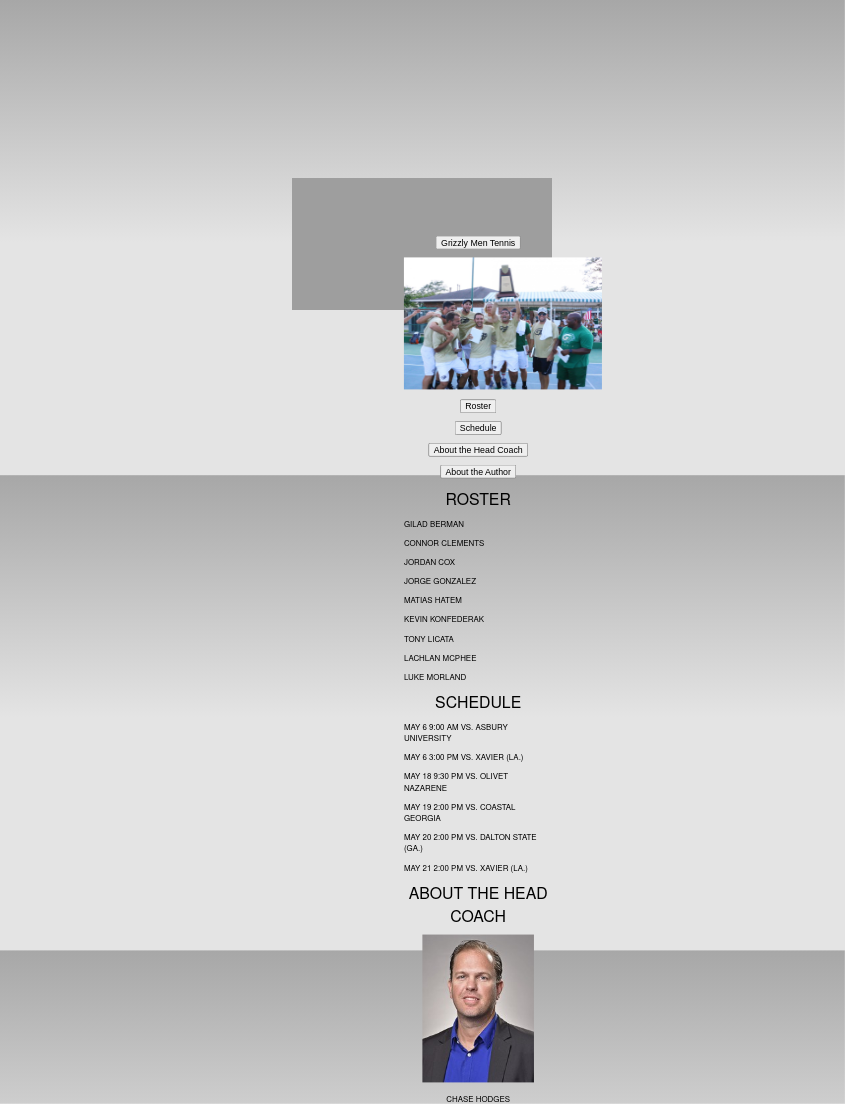
Repository: qtran3/itec4550
Page: EXAM1/TennisAppWebView/index.html
The author's editor kept a copy of each file at every save. The page is drawn from the files as they stood at one save, then again after the next save.
The browser window is 1280 px wide. The pictures show the whole page, at 66% of full size.
Pictures or frames that could not be fetched are drawn as grey boxes. Backgrounds fixed to the window are drawn as part of the page.

Above is the page before, as saved 2016-06-01 16:42:06.

### EXAM1/TennisAppWebView/index.html
<!DOCTYPE html>
<!--
    Licensed to the Apache Software Foundation (ASF) under one
    or more contributor license agreements.  See the NOTICE file
    distributed with this work for additional information
    regarding copyright ownership.  The ASF licenses this file
    to you under the Apache License, Version 2.0 (the
    "License"); you may not use this file except in compliance
    with the License.  You may obtain a copy of the License at

    http://www.apache.org/licenses/LICENSE-2.0

    Unless required by applicable law or agreed to in writing,
    software distributed under the License is distributed on an
    "AS IS" BASIS, WITHOUT WARRANTIES OR CONDITIONS OF ANY
     KIND, either express or implied.  See the License for the
    specific language governing permissions and limitations
    under the License.
-->
<html>
    <head>
        <!--
        Customize this policy to fit your own app's needs. For more guidance, see:
            https://github.com/apache/cordova-plugin-whitelist/blob/master/README.md#content-security-policy
        Some notes:
            * gap: is required only on iOS (when using UIWebView) and is needed for JS->native communication
            * https://ssl.gstatic.com is required only on Android and is needed for TalkBack to function properly
            * Disables use of inline scripts in order to mitigate risk of XSS vulnerabilities. To change this:
                * Enable inline JS: add 'unsafe-inline' to default-src
        -->
        <meta http-equiv="Content-Security-Policy" content="default-src 'self' data: gap: https://ssl.gstatic.com 'unsafe-eval'; style-src 'self' 'unsafe-inline'; media-src *">
        <meta name="format-detection" content="telephone=no">
        <meta name="msapplication-tap-highlight" content="no">
        <meta name="viewport" content="user-scalable=no, initial-scale=1, maximum-scale=1, minimum-scale=1, width=device-width">
        <link rel="stylesheet" type="text/css" href="css/index.css">
        <title>Grizzly Men Tennis</title>
    </head>
    <body>
        <div class="app">
        	<div id="mainPage" align="center">
            	<p> <button id="homePagebuutton">Grizzly Men Tennis</button></p>
				<p>
				  <img src="img/Tennis-10.jpg" height="200px" width="300px" />
				</p>
				<p>
					<button id="rosterButton">Roster</button>
				</p>
				<p>
					<button id="scheduleButton">Schedule</button>
				</p>
				<p>
					<button id="coachButton">About the Head Coach</button>
				</p>
				<p>
					<button id="authorButton">About the Author</button>
				</p>
			</div>

			<div id="rosterPage">
				<h1 align="center">Roster</h1>
				<div align="left">
					<p>Gilad Berman</p>
					<p>Connor Clements</p>
					<p>Jordan Cox</p>
					<p>Jorge Gonzalez</p>
					<p>Matias Hatem</p>
					<p>Kevin Konfederak</p>
					<p>Tony Licata</p>
					<p>Lachlan McPhee</p>
					<p>Luke Morland</p>
				</div>

				<div id="schedulePage">
					<h1 align="center"> Schedule</h1>
					<div align="left">
						<p>May  6 9:00 AM	 vs. Asbury University</p>
						<p>May  6 3:00 PM	 vs. Xavier (La.)</p>
						<p>May 18 9:30 PM	 vs. Olivet Nazarene </p>
						<p>May 19 2:00 PM	 vs. Coastal Georgia</p>
						<p>May 20 2:00 PM	 vs. Dalton State (Ga.)</p>
						<p>May 21 2:00 PM	 vs. Xavier (La.)</p>
					</div>
				</div>

				<div id="coachPage">
					<h1 align="center">About the Head Coach</h1>
					<p>
						<img src="img/chase_hodges_1142_mtn.jpg"/>
					</p>
					<p>Chase Hodges</p>

				</div>

            </div>

        </div>

<!--
        <script type="text/javascript" src="cordova.js"></script>
-->
        <script type="text/javascript" src="js/index.js"></script>
    </body>
</html>

### EXAM1/TennisAppWebView/css/index.css
/*
 * Licensed to the Apache Software Foundation (ASF) under one
 * or more contributor license agreements.  See the NOTICE file
 * distributed with this work for additional information
 * regarding copyright ownership.  The ASF licenses this file
 * to you under the Apache License, Version 2.0 (the
 * "License"); you may not use this file except in compliance
 * with the License.  You may obtain a copy of the License at
 *
 * http://www.apache.org/licenses/LICENSE-2.0
 *
 * Unless required by applicable law or agreed to in writing,
 * software distributed under the License is distributed on an
 * "AS IS" BASIS, WITHOUT WARRANTIES OR CONDITIONS OF ANY
 * KIND, either express or implied.  See the License for the
 * specific language governing permissions and limitations
 * under the License.
 */
* {
    -webkit-tap-highlight-color: rgba(0,0,0,0); /* make transparent link selection, adjust last value opacity 0 to 1.0 */
}

body {
    -webkit-touch-callout: none;                /* prevent callout to copy image, etc when tap to hold */
    -webkit-text-size-adjust: none;             /* prevent webkit from resizing text to fit */
    -webkit-user-select: none;                  /* prevent copy paste, to allow, change 'none' to 'text' */
    background-color:#E4E4E4;
    background-image:linear-gradient(top, #A7A7A7 0%, #E4E4E4 51%);
    background-image:-webkit-linear-gradient(top, #A7A7A7 0%, #E4E4E4 51%);
    background-image:-ms-linear-gradient(top, #A7A7A7 0%, #E4E4E4 51%);
    background-image:-webkit-gradient(
        linear,
        left top,
        left bottom,
        color-stop(0, #A7A7A7),
        color-stop(0.51, #E4E4E4)
    );
    background-attachment:fixed;
    font-family:'HelveticaNeue-Light', 'HelveticaNeue', Helvetica, Arial, sans-serif;
    font-size:12px;
    height:100%;
    margin:0px;
    padding:0px;
    text-transform:uppercase;
    width:100%;
}

/* Portrait layout (default) */
.app {
    background:url(../img/logo.png) no-repeat center top; /* 170px x 200px */
    position:absolute;             /* position in the center of the screen */
    left:50%;
    top:50%;
    height:50px;                   /* text area height */
    width:225px;                   /* text area width */
    text-align:center;
    padding:180px 0px 0px 0px;     /* image height is 200px (bottom 20px are overlapped with text) */
    margin:-115px 0px 0px -112px;  /* offset vertical: half of image height and text area height */
                                   /* offset horizontal: half of text area width */
}

/* Landscape layout (with min-width) */
@media screen and (min-aspect-ratio: 1/1) and (min-width:400px) {
    .app {
        background-position:left center;
        padding:75px 0px 75px 170px;  /* padding-top + padding-bottom + text area = image height */
        margin:-90px 0px 0px -198px;  /* offset vertical: half of image height */
                                      /* offset horizontal: half of image width and text area width */
    }
}

h1 {
    font-size:24px;
    font-weight:normal;
    margin:0px;
    overflow:visible;
    padding:0px;
    text-align:center;
}

.event {
    border-radius:4px;
    -webkit-border-radius:4px;
    color:#FFFFFF;
    font-size:12px;
    margin:0px 30px;
    padding:2px 0px;
}

.event.listening {
    background-color:#333333;
    display:block;
}

.event.received {
    background-color:#4B946A;
    display:none;
}

@keyframes fade {
    from { opacity: 1.0; }
    50% { opacity: 0.4; }
    to { opacity: 1.0; }
}

@-webkit-keyframes fade {
    from { opacity: 1.0; }
    50% { opacity: 0.4; }
    to { opacity: 1.0; }
}

.blink {
    animation:fade 3000ms infinite;
    -webkit-animation:fade 3000ms infinite;
}

Loaded but not shown: EXAM1/TennisAppWebView/js/index.js (common file)

After the next save:
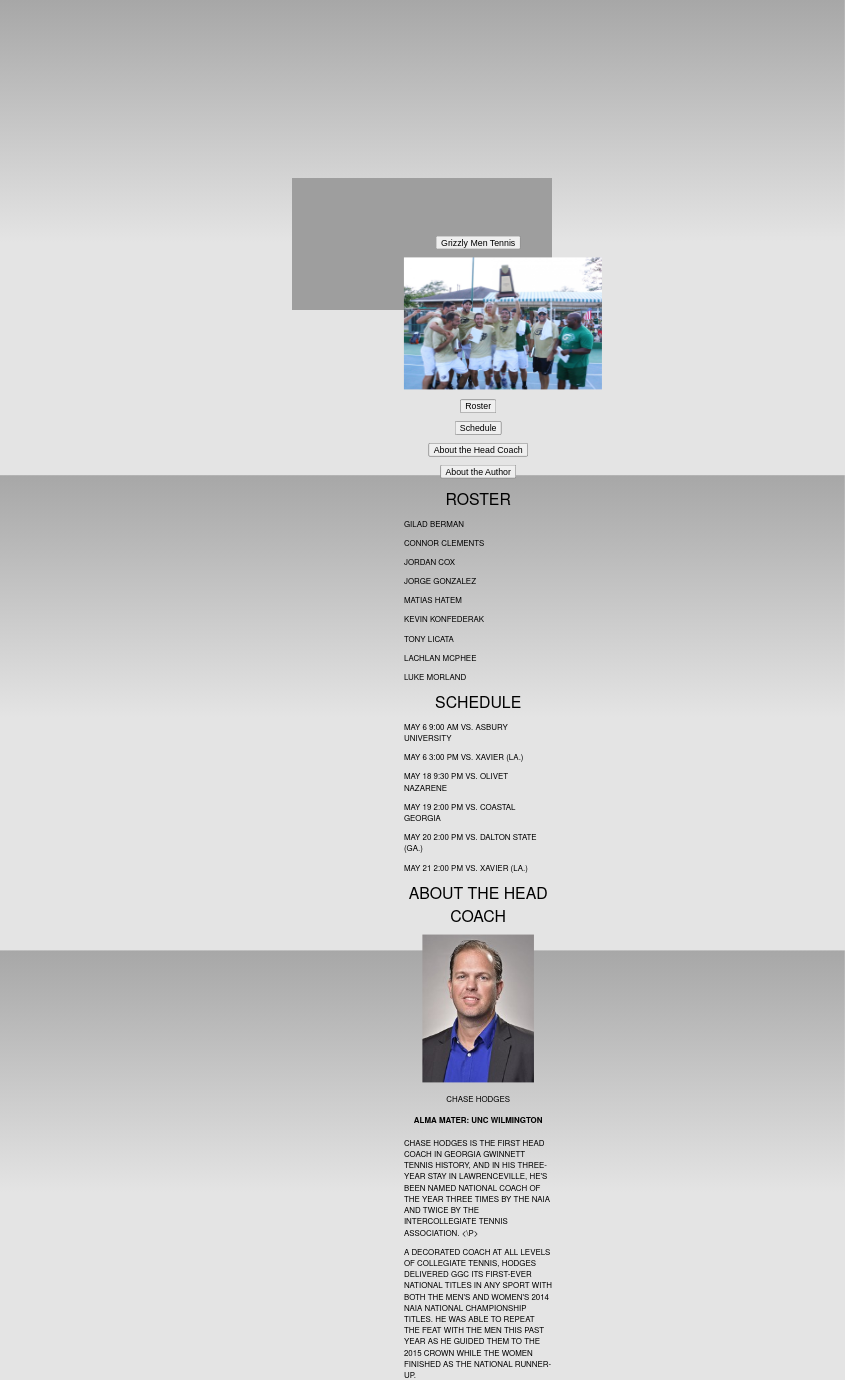
Saved 4 min 57 s later.
--- a/EXAM1/TennisAppWebView/index.html
+++ b/EXAM1/TennisAppWebView/index.html
@@ -88,7 +88,9 @@
 						<img src="img/chase_hodges_1142_mtn.jpg"/>
 					</p>
 					<p>Chase Hodges</p>
-
+					<h4>ALMA MATER: UNC WILMINGTON</h4>
+					<p align="left">	Chase Hodges is the first head coach in Georgia Gwinnett tennis history, and in his three-year stay in Lawrenceville, he's been named national coach of the year three times by the NAIA and twice by the Intercollegiate Tennis Association. <\p>
+					<p align="left">	A decorated coach at all levels of collegiate tennis, Hodges delivered GGC its first-ever national titles in any sport with both the Men's and Women's 2014 NAIA National Championship titles. He was able to repeat the feat with the men this past year as he guided them to the 2015 crown while the women finished as the national runner-up.</p>
 				</div>
 
             </div>
